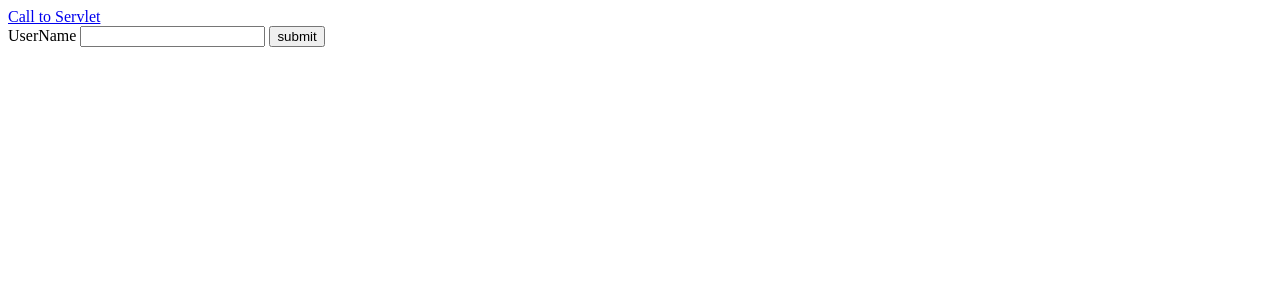
Repository: Kaleakash/onmobilebangalorejavafullstack
Page: jee workspace/DemoWebApp/WebContent/demo.html
An editor plug-in stored every save of this project. The page is shown before and after the next save, followed by the edit.
The browser window is 1280 px wide. The pictures show the whole page.

Above is the page before, as saved 2019-10-11 10:51:24.

After the next save:
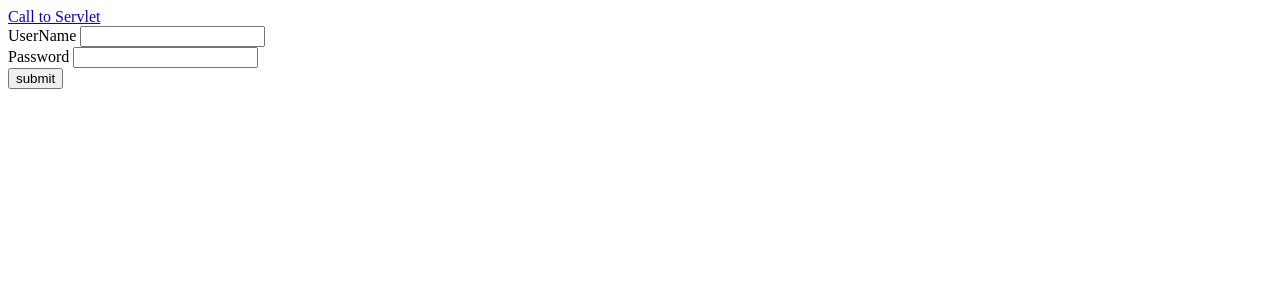
Saved 45 min 5 s later.
--- a/jee workspace/DemoWebApp/WebContent/demo.html
+++ b/jee workspace/DemoWebApp/WebContent/demo.html
@@ -9,7 +9,9 @@
 <br/>
 <form action="hi">
 <label>UserName</label>
-<input type="text" name="user"/>
+<input type="text" name="user"/><br/>
+<label>Password</label>
+<input type="password" name="pass"/><br/>
 <input type="submit" value="submit"/>
 </form>
 </body>
